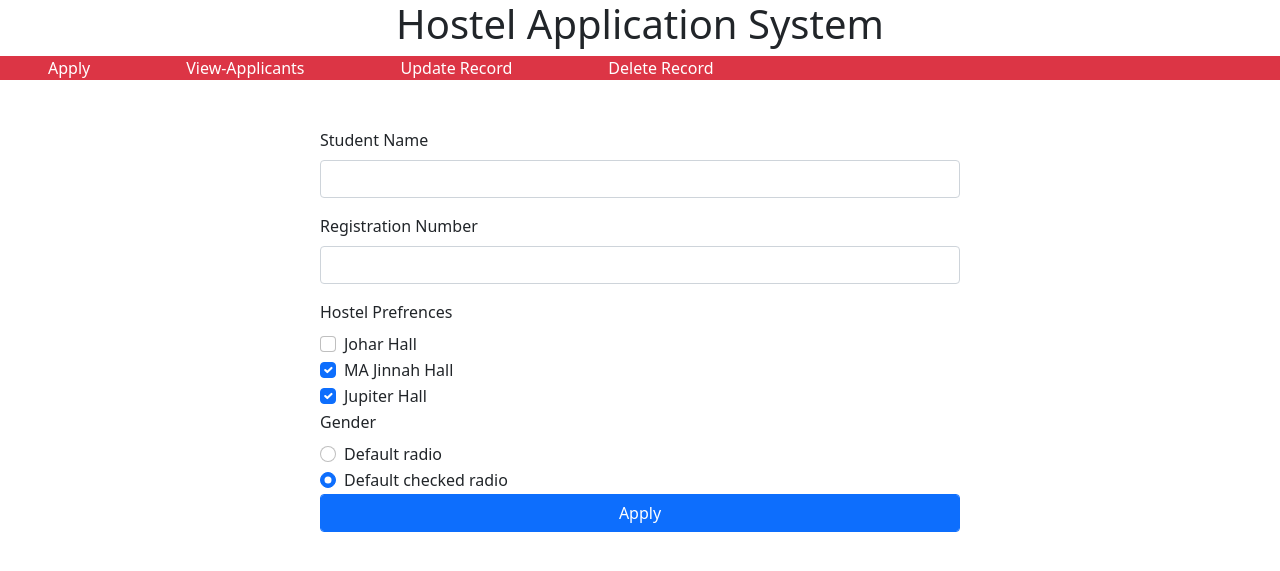
Repository: SaudCh/lab-final
Page: /hostelApplicants
These files come from the project's save history. The page is drawn as it stood at one moment and after the next save; the edit follows.
The browser window is 1280 px wide. The pictures show the whole page.
The project was rebuilt for these pictures with package versions that can differ from the ones it lists, and the page was loaded fresh each time. Also part of the build but not shown: src/components/ViewApplicant.jsx, src/components/UpdateRecord.jsx, src/components/DeleteRecord.jsx.

Above is the page before, as saved 2022-01-01 13:31:35.

After the next save:
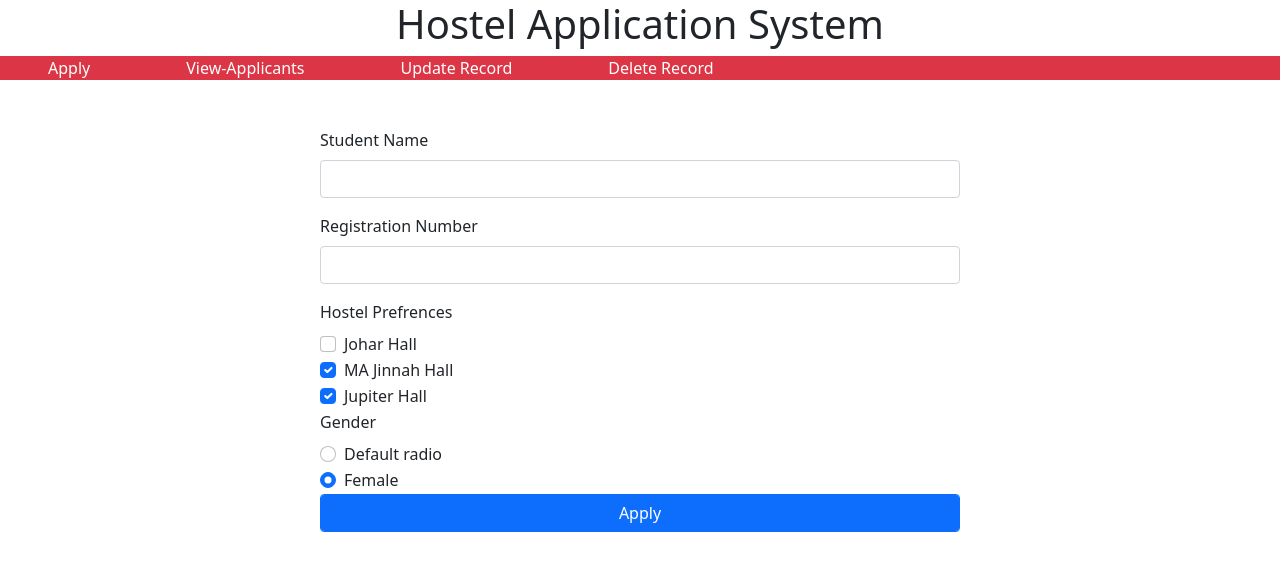
Saved 15 s later.
--- a/src/components/AddApplicant.jsx
+++ b/src/components/AddApplicant.jsx
@@ -102,7 +102,7 @@ const AddApplicant = () => {
             checked
           />
           <label class="form-check-label" for="flexRadioDefault2">
-            Default checked radio
+            Female
           </label>
         </div>
         <button
